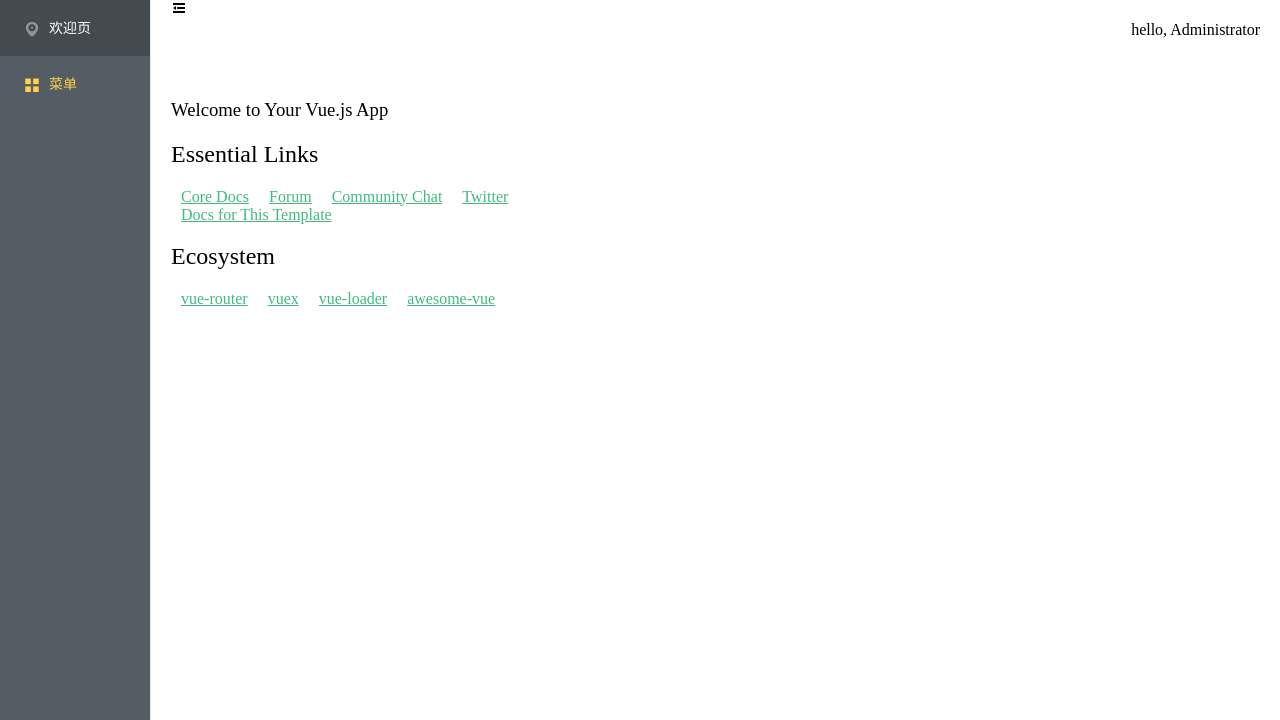
Repository: qianxuebing/admin
Page: /HelloWorld
These files come from the project's save history. The page is drawn as it stood at one moment and after the next save; the edit follows.
The browser window is 1280 px wide. The pictures show the whole page.
The project was rebuilt for these pictures with package versions that can differ from the ones it lists, and the page was loaded fresh each time. Imported but missing from the stored project, and not drawn on this page: src/views/home/Home.

Above is the page before, as saved 2019-12-09 15:34:38.

### src/main.js
// The Vue build version to load with the `import` command
// (runtime-only or standalone) has been set in webpack.base.conf with an alias.
import Vue from 'vue'
import App from './App'
import router from './router'
import ElementUI from 'element-ui'
import 'element-ui/lib/theme-chalk/index.css'
import store from './store/index'

Vue.use(ElementUI)

Vue.config.productionTip = false

/* eslint-disable no-new */
new Vue({
  el: '#app',
  router,
  store,
  components: { App },
  template: '<App/>'
})

### src/App.vue
<template>
  <div id="app">
    <router-view/>
  </div>
</template>

<script>
export default {
  name: 'App'
}
</script>

<style>
html,body {
  height: 100%;
  overflow: hidden;
  margin: 0;
  padding: 0;
}
  #app {
    height: 100%;
  }
</style>

### src/router/index.js
import Vue from 'vue'
import Router from 'vue-router'
import HelloWorld from '@/components/HelloWorld'
import Home from '@/views/home/Home'
import Layout from '@/views/layout/Layout'

Vue.use(Router)

export default new Router({
  mode: 'history',
  routes: [
    {
      path: '/',
      name: 'Layout',
      component: Layout,
      children: [
        {
          path: '/',
          name: 'Home',
          component: Home
        },
        {
          path: '/HelloWorld',
          name: 'HelloWorld',
          component: HelloWorld
        }
      ]
    }
  ]
})

### src/store/index.js
import Vue from 'vue'
import Vuex from 'vuex'

Vue.use(Vuex)

const store = new Vuex.Store({
  state: {
    isActive: false
  },
  getters: {

  },
  mutations: {
    TOGGLE_SIDEBAR (state) {
      state.isActive = !state.isActive
    }
  },
  actions: {
    toggleSideBar ({commit}) {
      commit('TOGGLE_SIDEBAR')
    }
  }
})

export default store

### src/views/layout/Layout.vue
<template>
  <el-container class="container">
      <side-bar></side-bar>
      <el-container>
          <el-header class="header">
            <nav-bar></nav-bar>
          </el-header>
          <el-main>
            <component :is="currentView"></component>
          </el-main>
      </el-container>
  </el-container>
</template>

<script>
import SideBar from '../../components/SideBar'
import NavBar from '../../components/NavBar'
import AppMain from '../../components/AppMain'
export default {
  data () {
    return {
      currentView: 'AppMain'
    }
  },
  components: {
    SideBar,
    NavBar,
    AppMain
  }
}
</script>

<style>
  .container {
    height: 100%;
  }
  .header {
	  line-height: 60px;
	}
</style>

### src/components/SideBar.vue
<template>
  <el-menu :default-active="$route.path" class="el-menu-vertical-demo menu" :collapse="isActive" background-color="#545c64" text-color="#fff" acitve-background-color="#001528" active-text-color="#ffd04b" router>
    <template v-for="item in sideBarData">
      <el-menu-item :index="item.path" :key="item.id">
        <i :class="item.icon"></i>
        <span slot="title">{{ item.title }}</span>
      </el-menu-item>
    </template>
  </el-menu>
</template>

<script>
import { mapState } from 'vuex'
import sideBarData from './mock.js'
export default {
  data () {
    return {
      sideBarData: sideBarData
    }
  },
  computed: {
    ...mapState(['isActive'])
  },
  mounted () {
    console.log('path', this.$route.path)
  }
}
</script>

<style>
  .menu {
    height: 100%;
    overflow: auto;
  }
  .el-menu-vertical-demo:not(.el-menu--collapse) {
    width: 150px;
  }
</style>

### src/components/NavBar.vue
<template>
  <div class="header-inner">
    <i :class="`${isActive ? 'el-icon-s-unfold' : 'el-icon-s-fold'}`" @click="toggleSideBar"></i>
    <span>hello, Administrator</span>
  </div>
</template>

<script>
import { mapState } from 'vuex'
export default {
  computed: {
    ...mapState(['isActive'])
  },
  methods: {
    toggleSideBar () {
      this.$store.dispatch('toggleSideBar')
    }
  }
}
</script>

<style>
	.header-inner {
		display: flex;
		justify-content: space-between;
	}
</style>

### src/components/AppMain.vue
<template>
  <transition name="fade" mode="out-in">
    <router-view></router-view>
  </transition>
</template>

<script>

</script>

<style>
  .fade-enter-active, .fade-leave-active {
    transition: opacity .5s;
  }
  .fade-enter, .fade-leave-to /* .fade-leave-active below version 2.1.8 */ {
    opacity: 0;
  }
</style>

### src/components/mock.js
const sideBarData = [
  {
    id: '01',
    path: '/',
    title: '欢迎页',
    icon: 'el-icon-location'
  }, {
    id: '02',
    path: '/HelloWorld',
    title: '菜单',
    icon: 'el-icon-menu'
  }
]

export default sideBarData

Loaded but not shown: index.html (common file); src/components/HelloWorld.vue (common file)

After the next save:
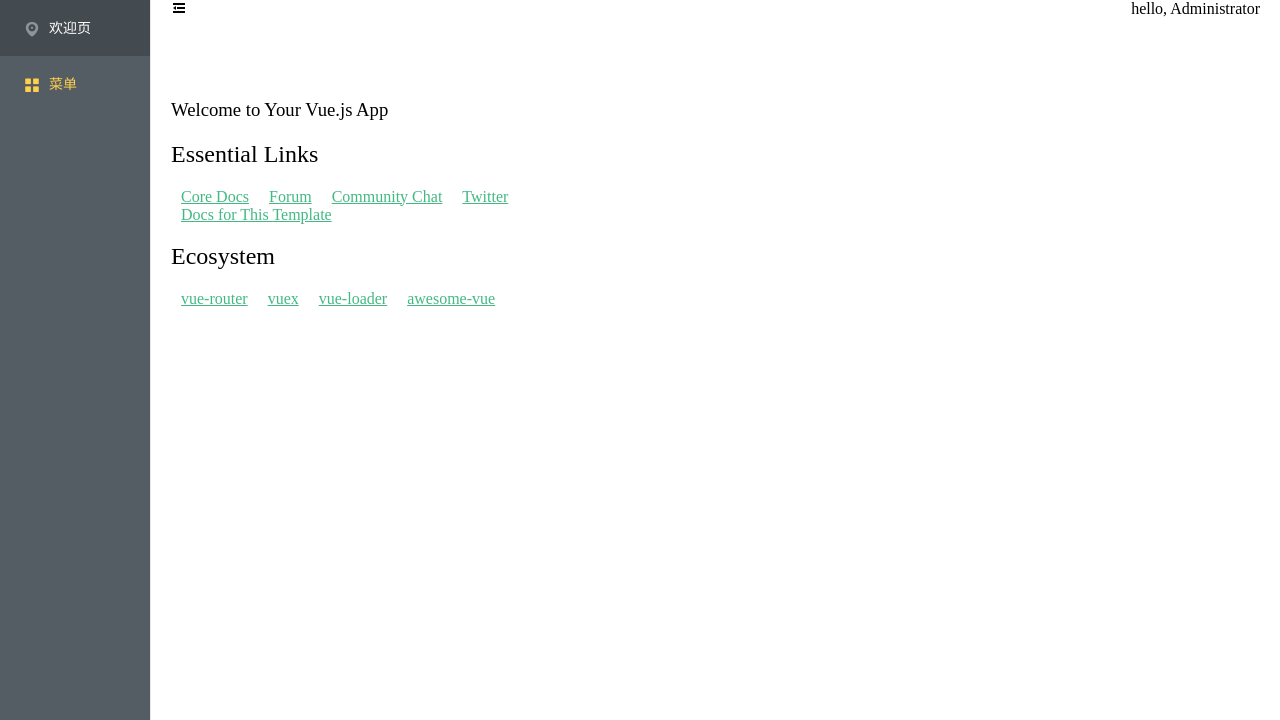
Saved 21 s later.
--- a/src/views/layout/Layout.vue
+++ b/src/views/layout/Layout.vue
@@ -2,7 +2,7 @@
   <el-container class="container">
       <side-bar></side-bar>
       <el-container>
-          <el-header class="header">
+          <el-header>
             <nav-bar></nav-bar>
           </el-header>
           <el-main>
@@ -34,7 +34,4 @@ export default {
   .container {
     height: 100%;
   }
-  .header {
-	  line-height: 60px;
-	}
 </style>
